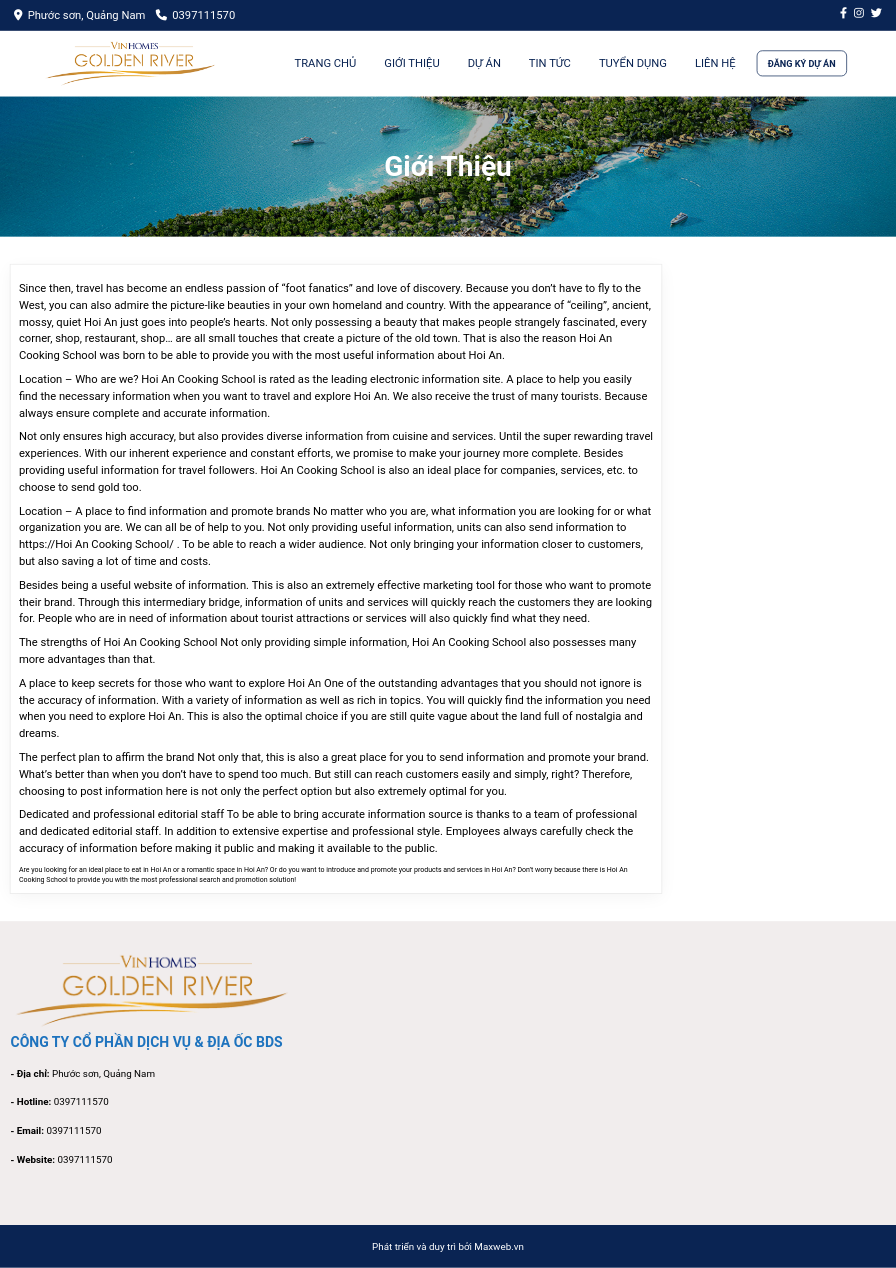
Repository: phamphuc2/fontend-bds
Page: about.html
These files come from the project's save history. The page is drawn as it stood at one moment and after the next save; the edit follows.
The browser window is 1280 px wide. The pictures show the whole page, at 70% of full size.
Pictures or frames that could not be fetched are drawn as grey boxes. Some web libraries are served in a nearby version.

Above is the page before, as saved 2022-06-23 16:05:55.

After the next save:
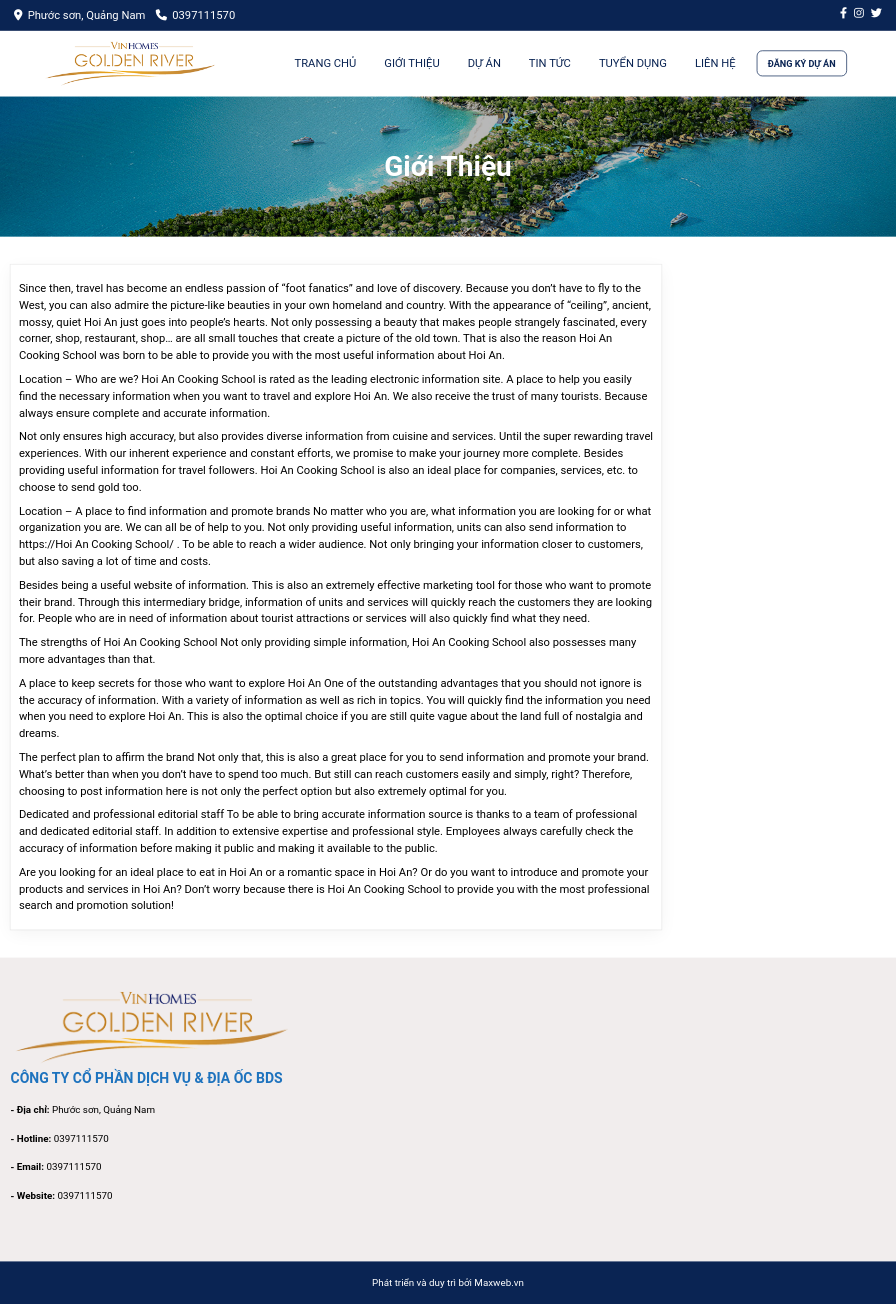
Saved 13 s later.
--- a/about.html
+++ b/about.html
@@ -276,9 +276,11 @@
                             available to the public.
                         </p>
 
-                        Are you looking for an ideal place to eat in Hoi An or a romantic space in Hoi An? Or do you
-                        want to introduce and promote your products and services in Hoi An? Don’t worry because there is
-                        Hoi An Cooking School to provide you with the most professional search and promotion solution!
+                       <p>
+                            Are you looking for an ideal place to eat in Hoi An or a romantic space in Hoi An? Or do you
+                            want to introduce and promote your products and services in Hoi An? Don’t worry because there is
+                            Hoi An Cooking School to provide you with the most professional search and promotion solution!
+                       </p>
                     </div>
                 </div>
                 <div class="col-lg-3">
